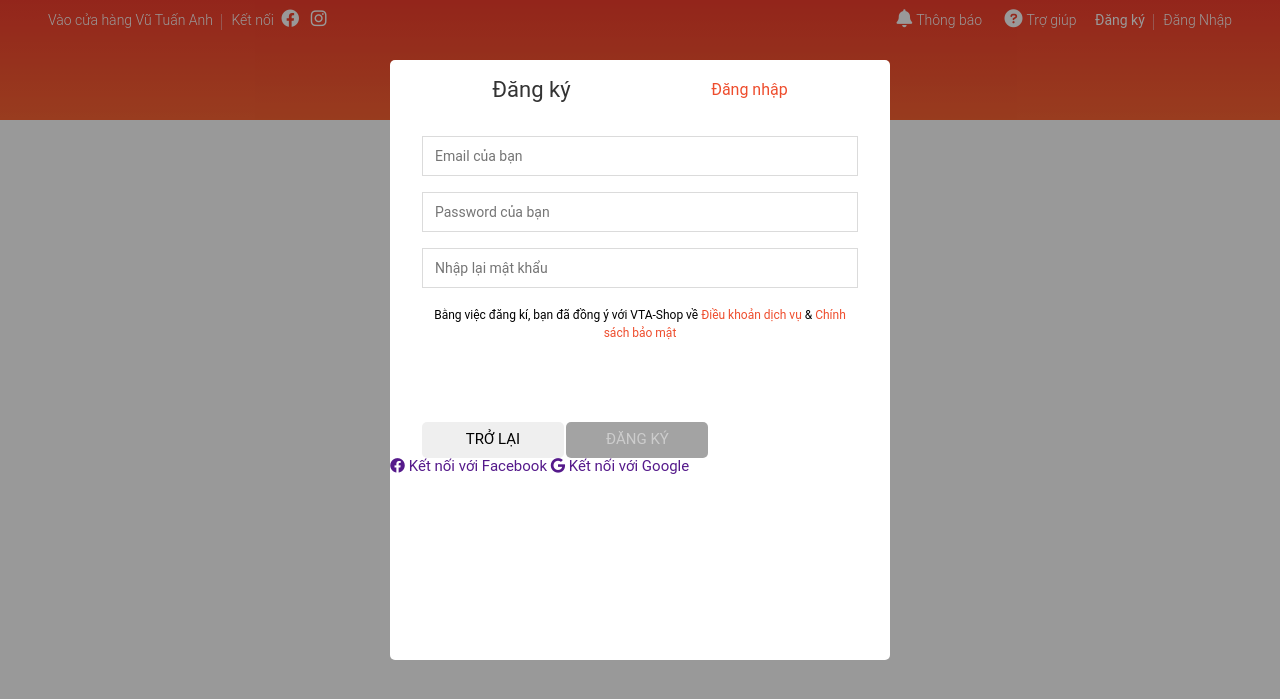
Repository: VuTuanAnh0949/Shopee
Page: index.html
These files come from the project's save history. The page is drawn as it stood at one moment and after the next save; the edit follows.
The browser window is 1280 px wide. The pictures show the whole page.

Above is the page before, as saved 2022-02-15 09:17:49.

### index.html
<!DOCTYPE html>
<html lang="en">

<head>
    <meta charset="UTF-8" />
    <meta http-equiv="X-UA-Compatible" content="IE=edge" />
    <meta name="viewport" content="width=device-width, initial-scale=1.0" />
    <title>Shopee</title>
    <link rel="stylesheet" href="https://cdnjs.cloudflare.com/ajax/libs/normalize/8.0.1/normalize.min.css" />
    <link rel="stylesheet" href="./assets/css/base.css" />
    <link rel="stylesheet" href="./assets/css/main.css" />
    <link rel="stylesheet" href="./assets/fonts/fontawesome-free-6.0.0-web/css/all.min.css">
    <link rel="stylesheet" href="https://fonts.googleapis.com/css?family-Roboto:300, 400, 500,78
0&display=swap&subset=vietnamese" rel="stylesheet" />

</head>

<body>
    <!-- Block Element Modifier -->
    <div class="app">
        <header class="header">
            <div class="grid">
                <nav class="header__navbar">
                    <ul class="header__navbar-list">
                        <li class="header__navbar-item header__navbar-item--has-qr header__navbar-item--separate">Vào cửa hàng Vũ Tuấn Anh
                            <div class="header__qr">
                                <img src="./assets/img/QR_code.png" alt="QR Code" class="header__qr-img">
                                <div class="header__qr-apps">
                                    <a href="" class="header__qr-link"><img src="./assets/img/Google_Play.png" alt="Google Play" class="header__qr-dowload-img">
                                    </a>
                                    <img src="./assets/img/App_store.png" alt="App Store" class="header__qr-dowload-img">
                                </div>
                            </div>
                        </li>
                        <li class="header__navbar-item">
                            <span class="header__navbar-title--no-pointer">Kết nối</span>
                            <a href="" class="header__navbar-icon-link"><i class="header__navbar-icon fa-brands fa-facebook"></i></a>
                            <a href="" class="header__navbar-icon-link"><i class="header__navbar-icon fa-brands fa-instagram"></i></a>
                        </li>
                    </ul>

                    <ul class="header__navbar-list">
                        <li class="header__navbar-item header__navbar-item--has-notification">
                            <a href="" class="header__navbar-item-link"><i class="header__navbar-icon fa-solid fa-bell"></i>Thông báo</a>
                            <div class="header__notification">
                                <header class="header__notification-header">
                                    <h3>Thông báo mới nhận</h3>
                                </header>
                                <ul class="header__notification-list">
                                    <li class="header__notification-item header__notification-viewed">
                                        <a href="" class="header__notification-link">
                                            <img src="https://cf.shopee.vn/file/a2344384834f0903b232953bf8e1d283_tn" alt="" class="header__notification-img">
                                            <div class="header__notification-info">
                                                <span class="header__notification-name">Bàn Phím cơ chính hãng K400-Đen</span>
                                                <span class="header__notification-descriotion">Bàn phím cơ máy tính gaming K550 Pro full Led 7 chế độ hiệu ứng là mẫu bàn phím phù hợp cho văn phòng và game thủ</span>
                                            </div>
                                        </a>
                                    </li>
                                    <li class="header__notification-item">
                                        <a href="" class="header__notification-link">
                                            <img src="https://cf.shopee.vn/file/fbd0d6cd59ae0c260cbdd8d2bdccbe06_tn" alt="" class="header__notification-img">
                                            <div class="header__notification-info">
                                                <span class="header__notification-name">Bàn phím cơ chính hãng K400-Trắng xanh 1</span>
                                                <span class="header__notification-descriotion">Bàn phím cơ máy tính gaming K550 Pro full Led 7 chế độ hiệu ứng là mẫu bàn phím phù hợp cho văn phòng và game thủ</span>
                                            </div>
                                        </a>
                                    </li>
                                    <li class="header__notification-item ">
                                        <a href="" class="header__notification-link">
                                            <img src="https://cf.shopee.vn/file/26989c24e549299dcfb324055082c553" alt="" class="header__notification-img">
                                            <div class="header__notification-info">
                                                <span class="header__notification-name">Bàn phím cơ chính hãng K400-Trắng xanh 2</span>
                                                <span class="header__notification-descriotion">>Bàn phím cơ máy tính gaming K550 Pro full Led 7 chế độ hiệu ứng là mẫu bàn phím phù hợp cho văn phòng và game thủ</span>
                                            </div>
                                        </a>
                                    </li>
                                </ul>
                                <div class="footer header__notification-footer">
                                    <a href="" class="header__notification-footer-btn">Xem tất cả</a>


                                </div>
                            </div>
                        </li>
                        <li class="header__navbar-item">
                            <a href="" class="header__navbar-item-link"><i class="header__navbar-icon fa-solid fa-circle-question"></i>Trợ giúp</a>
                        </li>
                        <li class="header__navbar-item header__navbar-item--strong header__navbar-item--separate">Đăng ký</li>
                        <li class="header__navbar-item header__navbar-ite--strong"> Đăng Nhập</li>
                    </ul>
                </nav>
            </div>
        </header>
        <div class="container">

        </div>
        <footer class="footer">

        </footer>
    </div>
    <!-- Modal layout -->
    <div class="modal">
        <div class="modal__overlay"></div>

        <div class="modal__body">

            <!-- Authen form -->
            <div class="auth-form">
                <div class="auth-form__container">
                    <div class="auth-form__container"></div>
                    <div class="auth-form__header">
                        <h3 class="auth-form__heading">Đăng ký</h3>
                        <span class="auth-form__switch-btn">Đăng nhập</span>
                    </div>
                    <div class="auth-form__form">
                        <div class="auth-form__group">
                            <input type="text" class="auth-form__input" placeholder="Email của bạn">
                        </div>
                        <div class="auth-form__group">
                            <input type="password" class="auth-form__input" placeholder="Password của bạn">
                        </div>
                        <div class="auth-form__group">
                            <input type="password" class="auth-form__input" placeholder="Nhập lại mật khẩu ">
                        </div>
                    </div>
                    <div class="auth-form__aside">
                        <p class="auth-form__policy-text">
                            Bằng việc đăng kí, bạn đã đồng ý với VTA-Shop về
                            <a href="" class="auth-form__text-link">Điều khoản dịch vụ</a> &
                            <a href="" class="auth-form__text-link">Chính sách bảo mật</a>
                        </p>
                    </div>
                    <div class="auth-form__controls">
                        <button class="btn">TRỞ LẠI</button>
                        <button class="btn btn--primary btn-disabled">ĐĂNG KÝ</button>
                    </div>
                </div>
                <div class="auth-form__socials">
                    <a href="" class="btn btn--with-icon">
                        <i class="fa-brands fa-facebook"></i> Kết nối với Facebook
                    </a>
                    <a href="" class="btn btn--with-icon">
                        <i class="fa-brands fa-google"></i> Kết nối với Google
                    </a>
                </div>
            </div>
        </div>
    </div>
</body>

</html>

### assets/css/base.css
:root {
  --primary-color:#EE4D2D;
  --white-color: #fff;
  --black-color: #000;
  --text-color: #333;
  --border-color:#dbdbdb;
}
* {
  box-sizing: inherit;
}
html {
  font-size: 62.5%;
  line-height: 1.6rem;
  font-family: "Roboto", sans-serif;
  box-sizing: border-box;
}
.grid {
  width: 1200px;
  max-width: 100%;
  margin: 0 auto;
}
.grid__full-width {
  width: 100%;
}
.grid__row {
  display: flex;
  flex-wrap: wrap;
}
/* Animation */
@keyframes fadeIn{
  from{
    opacity: 0;
  }to{
    opacity: 1;
  }
}
/* Modal */
.modal{
  position: fixed;
  top: 0;
  right: 0;
  bottom: 0;
  left: 0;
  display: flex;
}
.modal__overlay{
  position: absolute;
  width: 100%;
  height: 100%;
  background-color: rgba(0,0,0,0.4);
}
.modal__body{
  width: 500px;
  height: 600px;
  background-color: var(--white-color);
  border-radius: 5px;
  margin: auto;
  position: relative;
  z-index: 1;  /* để cho modal nổi lên */
}
/* Button style */
.btn{
  min-width: 142px;
  height: 36px;
  text-decoration: none;
  border:none ;
  border-radius: 5px;
  font-size: 1.5rem;
  padding:0;
  outline: none;
  cursor: pointer;
}
/* .. dùng để css 1 element có 2 class */
.btn.btn--primary{
  color: var(--white-color);
  background-color: var(--primary-color);
  }
.btn.btn--primary{
cursor: default;
}
.btn.btn-disabled{
  cursor: default;
  background-color: #ccc;
  filter: brightness(80%);
}

### assets/css/main.css
.header{
height: 120px;
background-image:linear-gradient(0, #fe6433, #f53e2d) ;
}
.header__navbar{
  display: flex;
  justify-content: space-between;
}
.header__navbar-list{
list-style: none;
padding-left: 0;
margin-top: 9px;
}
.header__navbar-item{
  margin: 0 8px;
  position: relative;
  min-height: 26px;
}
.header__navbar-item--has-qr:hover .header__qr{
  display: block;
}
.header__navbar-item--has-notification:hover .header__notification{
  display: block;
}
.header__navbar-item,
.header__navbar-item-link{
  display:inline-block;
  font-size: 1.4rem;
  color:var(--white-color);
  text-decoration: none;
  font-weight: 300;
}
.header__navbar-item,
.header__navbar-item-link,
.header__navbar-icon-link{
/*   display: flex; */
  align-items: center;
}
.header__qr::before{
  position: absolute;
  left: 0;
  top: -16px;
  width: 100%;
  height: 20px;
  content: "";
  display: block;

}
.header__navbar-item:hover,
.header__navbar-icon-link:hover,
.header__navbar-item-link:hover{
  cursor: pointer;
  color: rgba(255,255,255,0.7);
}
.header__navbar-item--strong{
  font-weight: 400;
}
.header__navbar-item--separate::after{
  content: "";
  display: block;
  position: absolute;
border-left: 1px solid #FB9086;
height: 16px;
right: -9px;
top: 37%;
transform: translateY(-50%);
}
.header__navbar-icon-link{
  color: var(--white-color);
  text-decoration: none;
}
.header__navbar-icon{
  font-size: 1.8rem;
  margin: 0 4px;
}
.header__navbar-title--no-pointer{
  cursor: text;
  color: var(--white-color);
  text-decoration: none;
}
/* Header QR code */
.header__qr{
  width: 180px;
background-color: var(--white-color);
position: absolute;
left: 0;
top: 100%;
padding: 8px;
border-radius: 5px;
display: none;
animation: fadeIn ease-in 0.3s;
}
.header__qr-img{
width: 100%;
}
.header__qr-apps{
display: flex;
justify-content: space-between;
}
.header__qr-link:nth-child(1){
  margin-left: 11px;
}
.header__qr-link:nth-child(2){
  margin-right: 15px;
}
.header__qr-dowload-img{
  height: 16px;
}
/* header__notification */
.header__notification{
position: absolute ;
top: 27px;
right: 0;
width: 404px;
background-color: var(--white-color);
border-radius: 5px;
border: 1px solid #D3D3D3;
cursor: default;
transform-origin:90% top;
animation:  headerNotificationGrowth ease-in 0.2s;
will-change: opacity, transform;
display: none;
}
.header__notification::before{
content: "";
border-width:20px 30px ;
border-style: solid;
/* Tạo một lớp giá */
border-color:transparent transparent var(--white-color) transparent;
position: absolute;
right: 6px;
top: -30px;
}
/* Giúp di chuột vào quả chuông cạnh nút thông báo không bị mất list thông báo */
.header__notification::after{
  content: "";
  display: block;
  position: absolute;
  height: 20px;
  width: 90px;
  top: -16px;
  right: 0;
 }
@keyframes headerNotificationGrowth{
  from{
    opacity: 0;
    transform: scale(0);
  }to{
    opacity: 1;
    transform: scale(1);
  }
}
.header__notification-header{
  height: 40px;
  background-color: var(--white-color);
  border-radius: 5px;
}
.header__notification-header h3{
  color: #999;
  margin: 0 0 0 12px;
  width: 400;
  font-size: 1.4rem;
  line-height: 40px;
  user-select: none;  /* không cho coppy */
}
.header__notification-list{
padding-left: 0;
}
.header__notification-item{
display: flex;

}
.header__notification-item:hover{
  background-color: #f7f7f7
}
.header__notification-viewed{
  background-color: rgba(238,75,43,0.08);

}
.header__notification-link{
  display: flex;
  width: 100%;
  padding: 12px;
  text-decoration: none;
}
.header__notification-img{
width: 48px;
object-fit: contain;
}
.header__notification-info{
margin-left: 12px;
}
.header__notification-name{
display: block;
font-size: 1.4rem;
color: var(--text-color);
font-weight: 400px;
line-height: 1.8rem;
}
.header__notification-descriotion{
display: block;
font-size: 1.2rem;
line-height: 1.6rem;
color: #765F6E;
margin-top: 4px;
}
.header__notification-footer{
 display: flex;
}
.header__notification-footer-btn{
  text-decoration: none;
  color:var(--text-color);
  width: 100%;
  padding: 8px 0;
  margin: auto;
  font-size: 1.4rem;
  font-weight: 400;
  text-align: center;
}
/* Authen modal */
.auth-form{
  width: 500px;
}
.auth-form__container{
  padding: 0 32px;
}
.auth-form__header{
  display: flex;
  align-items: center;
  justify-content: space-around;
}
.auth-form__heading{
  font-size: 2.2rem;
  font-weight:400;
  color: var(--text-color);
}
.auth-form__switch-btn{
  font-size: 1.6rem;
  font-weight:400;
  color: var(--primary-color);
  cursor: pointer;
}
.auth-form__form{
}
.auth-form__input{
  width: 100%;
  height: 40px;
  margin-top: 16px;
  padding: 0 12px;
  font-size: 1.4rem;
  border: 1px solid var(--border-color);
  outline: none;
}
/*Dí chuột vào ô input => ô input nháy chuột  */
.auth-form__input:focus{
border-color: #777;
}
.auth-form__aside{
  margin-top: 18px;
}
.auth-form__policy-text{
  font-size: 1.2rem;
  line-height: 1.8rem;
  text-align: center;
  padding: 0 3px;
}
.auth-form__text-link{
  color: var(--primary-color);
  text-decoration: none;
}
.auth-form__controls{
  margin-top: 80px;
}

Loaded but not shown: assets/fonts/fontawesome-free-6.0.0-web/css/all.min.css (library)

After the next save:
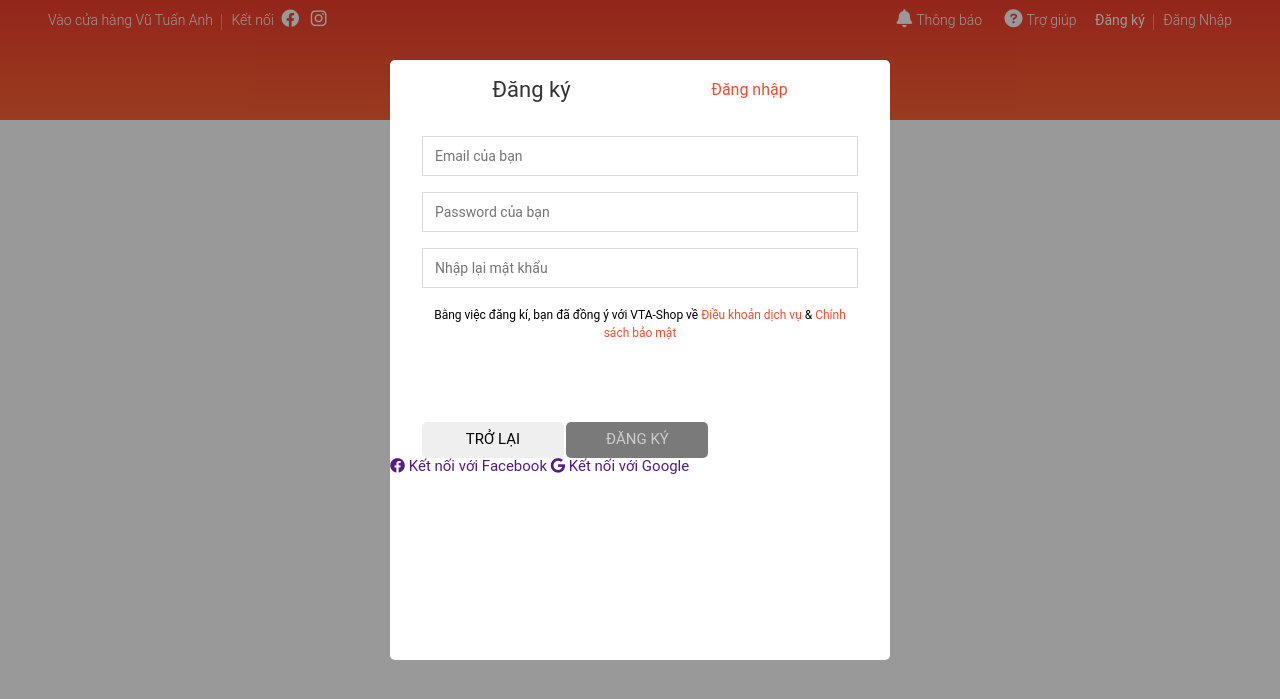
Saved 13 s later.
--- a/assets/css/base.css
+++ b/assets/css/base.css
@@ -80,6 +80,6 @@ cursor: default;
 }
 .btn.btn-disabled{
   cursor: default;
-  background-color: #ccc;
+  background-color: #999;
   filter: brightness(80%);
 }
